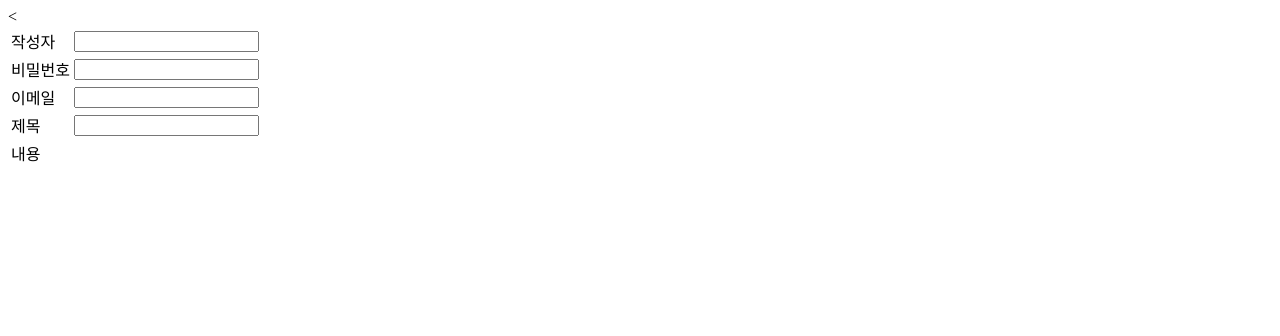
Repository: GitOnibi/jsp
Page: http://localhost/JSPprojec/notice/reply.jsp
These files come from the project's save history. The page is drawn as it stood at one moment and after a run of saves; the edit follows.
The browser window is 1280 px wide. The pictures show the whole page.
The page is served by Tomcat 9. Queries for data that is not in the repository find no rows.

Above is the page before, as saved 2019-01-14 10:33:33.

After the next 2 saves:
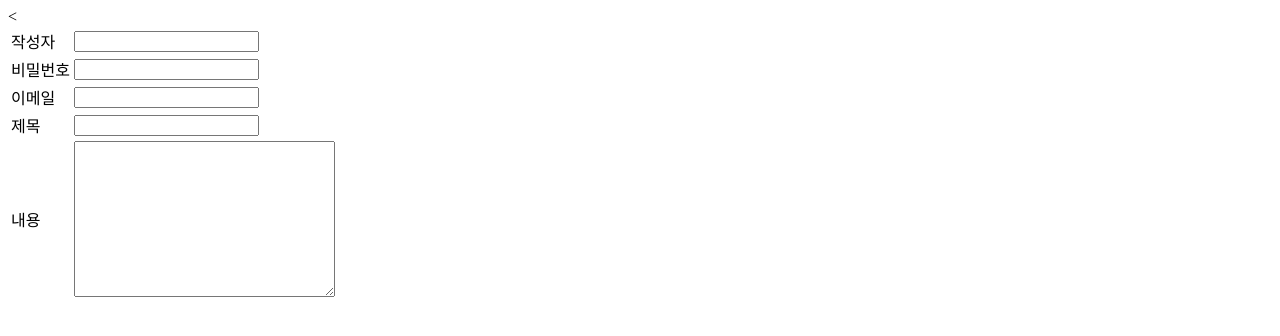
The 2 saves are shown as one change because they came seconds apart.
The last was saved 17 s later.
--- a/JSPprojec/WebContent/notice/reply.jsp
+++ b/JSPprojec/WebContent/notice/reply.jsp
@@ -40,7 +40,7 @@
 			</tr>
 			<tr>
 				<td>내용</td>
-				<td></td>
+				<td><textarea name="re_content"cols="30" rows="10"></textarea></td>
 			</tr>
 		</table>
 	</form>
